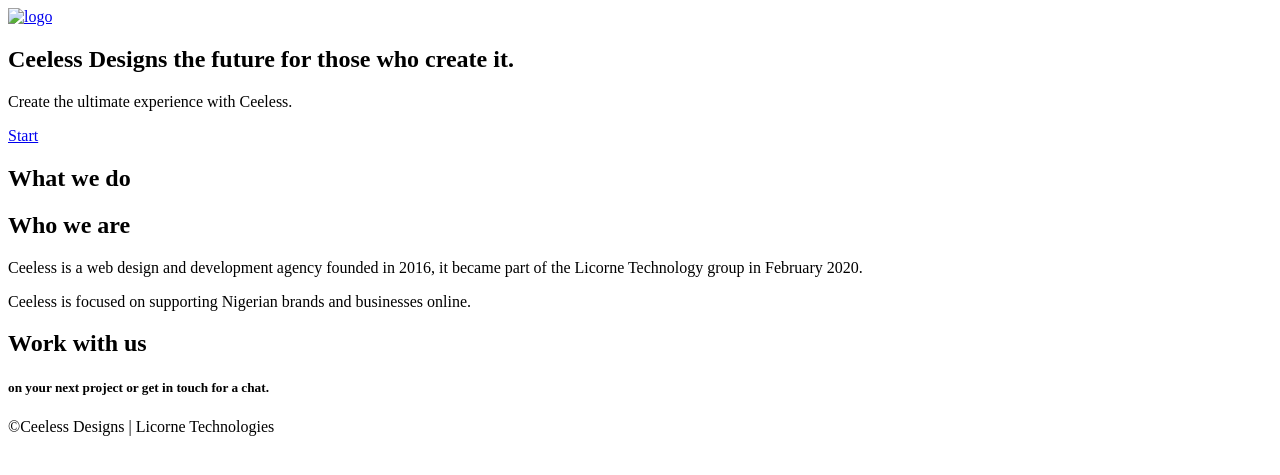
Repository: Licorne-Technologies/Ceeless-v2
Page: index.html
The author's editor kept a copy of each file at every save. The page is drawn from the files as they stood at one save, then again after the next save.
The browser window is 1280 px wide. The pictures show the whole page.

Above is the page before, as saved 2020-06-15 11:35:02.

After the next save:
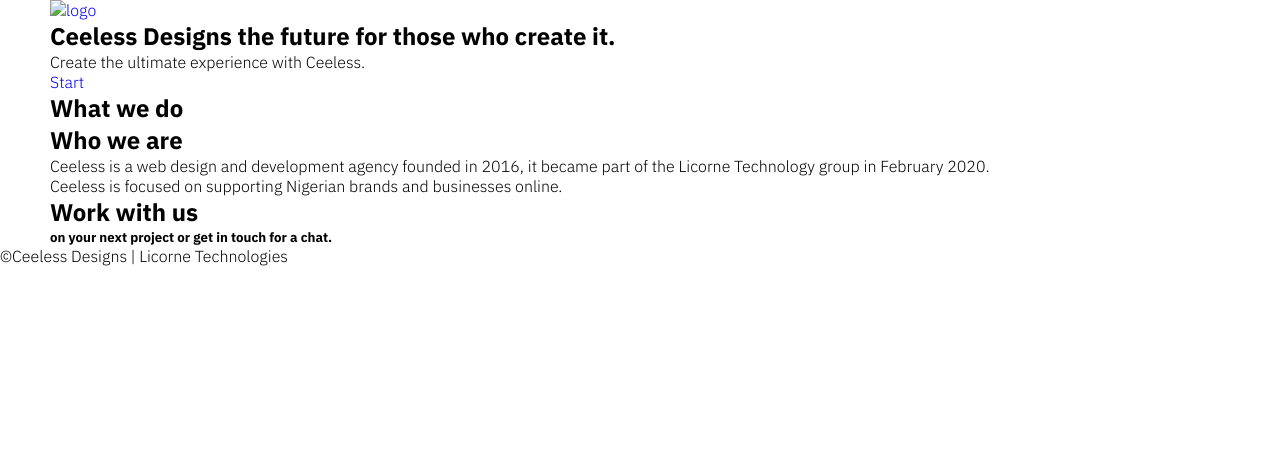
Saved 35 s later.
--- a/index.html
+++ b/index.html
@@ -3,6 +3,8 @@
 <head>
     <meta charset="UTF-8">
     <meta name="viewport" content="width=device-width, initial-scale=1.0">
+    <!--Stylesheet-->
+    <link rel="stylesheet" href="css/stylesheet.css">
     <title>Ceeless || Licorne Technologies</title>
 </head>
 <body>
